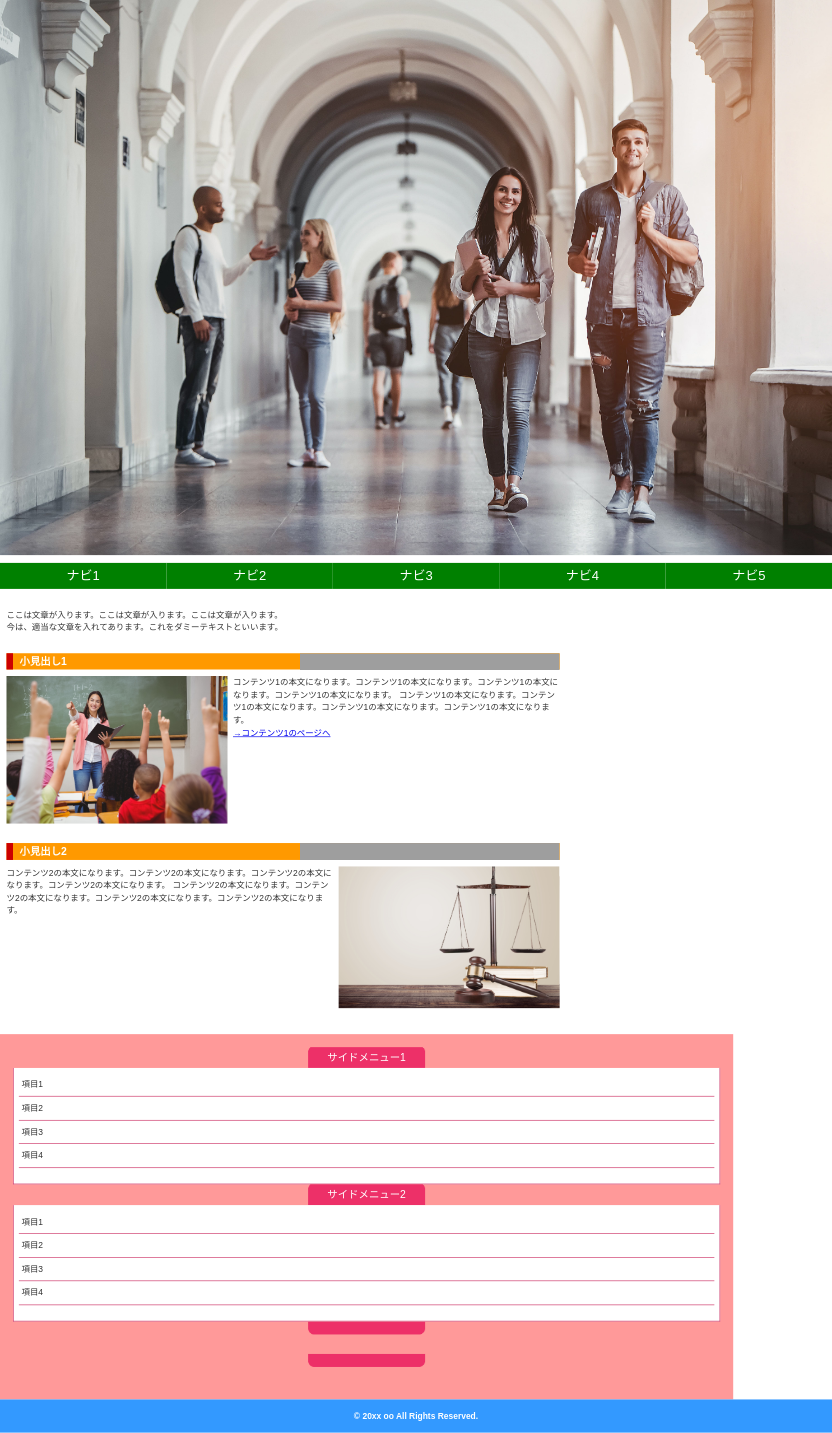
Repository: iDicek/samurai_HTML-CSS
Page: home.html
The author's editor kept a record of every edit. The page is drawn from the files as they stood at one moment, then again after the next edit.
The browser window is 1280 px wide. The pictures show the whole page, at 65% of full size.
Pictures or frames that could not be fetched are drawn as grey boxes.

Above is the page before.

After the next edit:
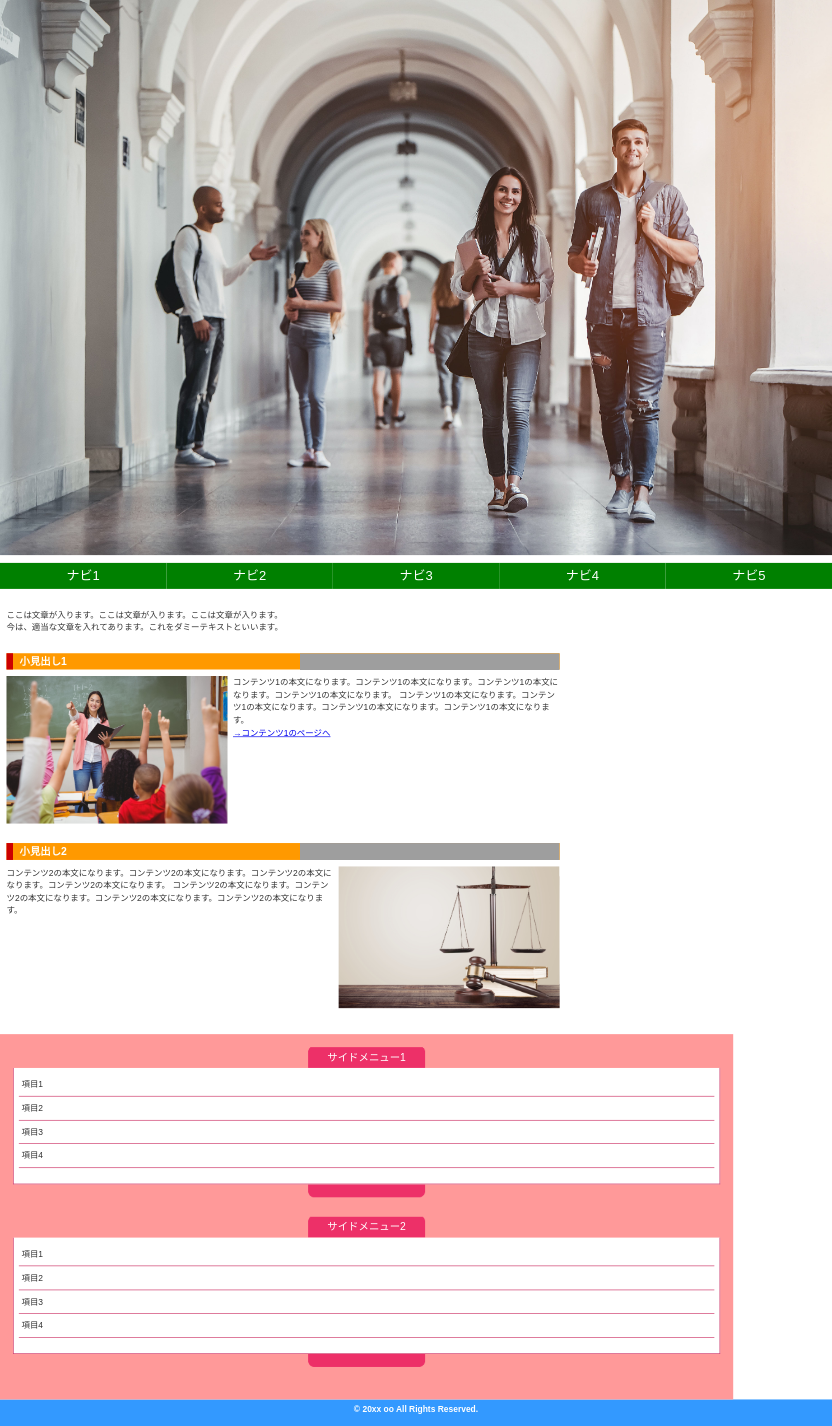
The edit:
--- a/home.html
+++ b/home.html
@@ -53,7 +53,7 @@
                                 <li>項目3</li>
                                 <li>項目4</li>
                             </ul>
-                        </dix>
+                        </div>
                     </div>
                     <div class="box">
                         <h2>サイドメニュー2</h2>
